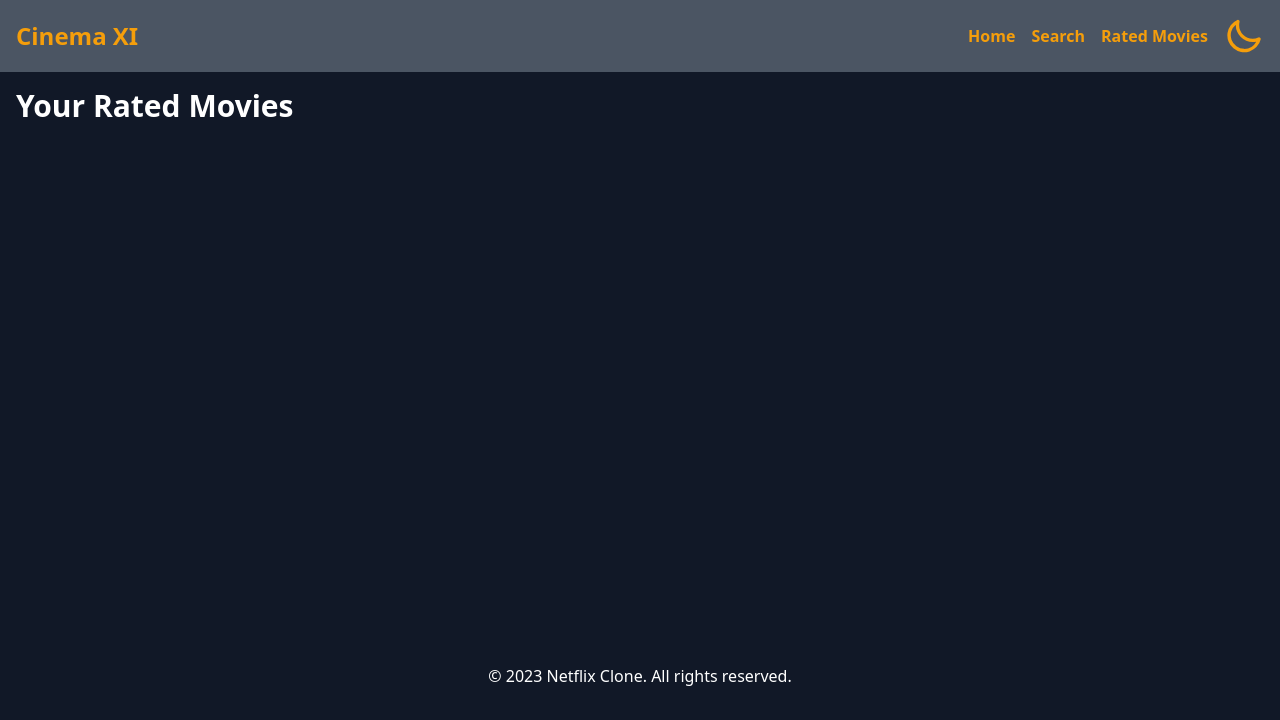
Repository: dausandhika/muvi-app
Page: /rated
These files come from the project's save history. The page is drawn as it stood at one moment and after the next save; the edit follows.
The browser window is 1280 px wide. The pictures show the whole page.
The page's requests for data from a server got no answer. The project was rebuilt for these pictures with package versions that can differ from the ones it lists, and the page was loaded fresh each time. No one was signed in, and anything a server would have sent is missing. Also part of the build but not shown: vite.config.js, src/store/action/movieAction.js, src/pages/home/HomeView.jsx, src/pages/home/Home.jsx, src/pages/detail/DetailView.jsx, src/pages/detail/Detail.jsx, src/pages/search/SearchView.jsx, src/pages/search/Search.jsx.

Above is the page before, as saved 2024-10-25 22:18:44.

### src/App.jsx
import React from 'react';
import { BrowserRouter as Router, Route, Routes } from 'react-router-dom';
import { Provider } from 'react-redux';
import store from './store/store';
import Navbar from './components/Navbar';
import Footer from './components/Footer';
import Home from './pages/home/Home';
import Detail from './pages/detail/Detail';
import RatedMovies from './pages/rating/RatedMovies';
import Search from './pages/search/Search';
import { ThemeProvider } from './components/context/ThemeContext';

function App() {
  return (
    <Provider store={store}>
      <ThemeProvider>
        <Router>
          <div className="flex flex-col min-h-screen">
            <Navbar />
            <main className="flex-grow">
              <Routes>
                <Route path="/" element={<Home />} />
                <Route path="/movie/:id" element={<Detail />} />
                <Route path="/rated" element={<RatedMovies />} />
                <Route path="/search" element={<Search />} />
              </Routes>
            </main>
            <Footer />
          </div>
        </Router>
      </ThemeProvider>
    </Provider>
  );
}

export default App;

### src/index.css
@import 'tailwindcss/base';
@import 'tailwindcss/components';
@import 'tailwindcss/utilities';

body {
  @apply bg-gray-900 text-white;
}

### src/store/store.js
import { configureStore } from '@reduxjs/toolkit';
import movieReducer from './reducer/movieReducer';
import detailReducer from './reducer/detailReducer';
import themeReducer from './reducer/themeReducer';

const store = configureStore({
  reducer: {
    movies: movieReducer,
    details: detailReducer,
    theme: themeReducer,
  },
});

export default store;

### src/components/Navbar.jsx
import React from 'react';
import { Link } from 'react-router-dom';
import { useSelector, useDispatch } from 'react-redux';
import { toggleTheme } from '../store/action/themeAction';

const Navbar = () => {
  const dispatch = useDispatch();
  const darkMode = useSelector(state => state.theme.darkMode);

  const handleThemeToggle = () => {
    dispatch(toggleTheme());
  };

  return (
    <nav className={`container mx-auto p-4 w-full  ${darkMode ? 'bg-gray-600 text-white' : 'bg-slate-200 text-gray-900'}`}>
      <div className="container mx-auto flex justify-between items-center">
        <Link to="/" className="text-amber-500 text-2xl font-bold ">Cinema XI</Link>
        <div className="flex items-center">
          <Link to="/" className="text-amber-500 mr-4 font-bold">Home</Link>
          <Link to="/search" className="text-amber-500 mr-4 font-bold">Search</Link>
          <Link to="/rated" className="text-amber-500 mr-4 font-bold">Rated Movies</Link>

          {/* Theme Toggle Button */}
          <label className="swap swap-rotate">
            <input
              type="checkbox"
              checked={darkMode}
              onChange={handleThemeToggle}
              className="theme-controller"
            />
            {/* Sun icon (Light Mode) */}
            <svg
              className="swap-off h-10 w-10 fill-current text-amber-500"
              xmlns="http://www.w3.org/2000/svg"
              viewBox="0 0 24 24"
            >
              <path d="M5.64,17l-.71.71a1,1,0,0,0,0,1.41,1,1,0,0,0,1.41,0l.71-.71A1,1,0,0,0,5.64,17ZM5,12a1,1,0,0,0-1-1H3a1,1,0,0,0,0,2H4A1,1,0,0,0,5,12Zm7-7a1,1,0,0,0,1-1V3a1,1,0,0,0-2,0V4A1,1,0,0,0,12,5ZM5.64,7.05a1,1,0,0,0,.7.29,1,1,0,0,0,.71-.29,1,1,0,0,0,0-1.41l-.71-.71A1,1,0,0,0,4.93,6.34Zm12,.29a1,1,0,0,0,.7-.29l.71-.71a1,1,0,1,0-1.41-1.41L17,5.64a1,1,0,0,0,0,1.41A1,1,0,0,0,17.66,7.34ZM21,11H20a1,1,0,0,0,0,2h1a1,1,0,0,0,0-2Zm-9,8a1,1,0,0,0-1,1v1a1,1,0,0,0,2,0V20A1,1,0,0,0,12,19ZM18.36,17A1,1,0,0,0,17,18.36l.71.71a1,1,0,0,0,1.41,0,1,1,0,0,0,0-1.41ZM12,6.5A5.5,5.5,0,1,0,17.5,12,5.51,5.51,0,0,0,12,6.5Zm0,9A3.5,3.5,0,1,1,15.5,12,3.5,3.5,0,0,1,12,15.5Z" />
            </svg>
            {/* Moon icon (Dark Mode) */}
            <svg
              className="swap-on h-10 w-10 fill-current text-amber-500"
              xmlns="http://www.w3.org/2000/svg"
              viewBox="0 0 24 24"
            >
              <path d="M21.64,13a1,1,0,0,0-1.05-.14,8.05,8.05,0,0,1-3.37.73A8.15,8.15,0,0,1,9.08,5.49a8.59,8.59,0,0,1,.25-2A1,1,0,0,0,8,2.36,10.14,10.14,0,1,0,22,14.05,1,1,0,0,0,21.64,13Zm-9.5,6.69A8.14,8.14,0,0,1,7.08,5.22v.27A10.15,10.15,0,0,0,17.22,15.63a9.79,9.79,0,0,0,2.1-.22A8.11,8.11,0,0,1,12.14,19.73Z" />
            </svg>
          </label>
        </div>
      </div>
    </nav>
  );
};

export default Navbar;

### src/components/Footer.jsx
import React from 'react';

const Footer = () => {
  return (
    <footer className={`pt-4 mb-8 `}>
      <div className="container mx-auto text-center">
        <p>&copy; 2023 Netflix Clone. All rights reserved.</p>
      </div>
    </footer>
  );
};

export default Footer;

### src/pages/rating/RatedMovies.jsx
import { useDispatch, useSelector } from 'react-redux';
import RatedMoviesView from './RatedMoviesView';
import { useCallback, useEffect } from 'react';
import { setRating, deleteRatedMovie } from '../../store/action/detailAction';
import axios from 'axios';

const RatedMovies = () => {
  const ratedMovies = useSelector(state => state.details.rated);
  const dispatch = useDispatch();

  const fetchMovieDetails = useCallback(async () => {
    try {
      const response = await axios.get(`https://api.themoviedb.org/3/account/21559438/rated/movies?language=en-US&page=1&sort_by=created_at.asc`,
      {
        headers: {
          accept: 'application/json',
          Authorization: 'Bearer eyJhbGciOiJIUzI1NiJ9.eyJhdWQiOiIyODk0OWFiZTZkZDUzYmQ0NDMzNWEwNGJhZGZiMDkyOCIsIm5iZiI6MTcyOTgzNjc2MC4zMDA0NTIsInN1YiI6IjY3MDQ5N2U4NTQ1NGI4NjIzMzY5YmI3MSIsInNjb3BlcyI6WyJhcGlfcmVhZCJdLCJ2ZXJzaW9uIjoxfQ.iFHDLHKrsqxQZJIhhgo1d3INsJVf0Wv9Y3LK6UFyRek'
        }
      });
      dispatch(setRating(response.data.results));
    } catch (error) {
      console.error('Error fetching movie details:', error);
    }
  }, [dispatch]);

  const handleDelete = (movieId) => {
    dispatch(deleteRatedMovie(movieId));
  };

  useEffect(() => {
    fetchMovieDetails();
  }, [fetchMovieDetails]);

  return <RatedMoviesView movies={ratedMovies} onDelete={handleDelete} />;
};

export default RatedMovies;

### src/components/context/ThemeContext.jsx
import React, { createContext, useContext } from 'react';
import { useSelector } from 'react-redux';

const ThemeContext = createContext();

export const useTheme = () => useContext(ThemeContext);

export const ThemeProvider = ({ children }) => {
  const darkMode = useSelector(state => state.theme.darkMode);

  return (
    <ThemeContext.Provider value={{ darkMode }}>
      {children}
    </ThemeContext.Provider>
  );
};

### src/store/reducer/movieReducer.js
const initialState = {
  list: [],
  rated: [],
  trending: [],
  popular: [],
  topRated: [],
  searchResults: [],
};

const movieReducer = (state = initialState, action) => {
  switch (action.type) {
    case 'SET_MOVIES':
      return { ...state, list: action.payload };
    case 'SET_TRENDING':
      return { ...state, trending: action.payload };
    case 'SET_POPULAR':
      return { ...state, popular: action.payload };
    case 'SET_TOP_RATED':
      return { ...state, topRated: action.payload };
    case 'SET_SEARCH_RESULTS':
      return { ...state, searchResults: action.payload };
    case 'ADD_RATED_MOVIE':
      const existingMovieIndex = state.rated.findIndex(movie => movie.id === action.payload.id);
      if (existingMovieIndex !== -1) {
        const updatedRated = [...state.rated];
        updatedRated[existingMovieIndex] = action.payload;
        return { ...state, rated: updatedRated };
      } else {
        return { ...state, rated: [...state.rated, action.payload] };
      }
    default:
      return state;
  }
};

export default movieReducer;

### src/store/reducer/detailReducer.js
const initialState = {
  movie: null,
  rated: []
};

const detailReducer = (state = initialState, action) => {
  switch (action.type) {
    case 'SET_MOVIE_DETAILS':
      return { ...state, movie: action.payload };
    case 'SET_RATING':
      return { ...state, rated: action.payload  };
    case 'DELETE_RATED_MOVIE':
      return {
        ...state,
        rated: state.rated.filter(movie => movie.id !== action.payload),
      };
    default:
      return state;
  }
};

export default detailReducer;

### src/store/reducer/themeReducer.js
const initialState = {
    darkMode: true,
  };

  const themeReducer = (state = initialState, action) => {
    switch (action.type) {
      case 'TOGGLE_THEME':
        return { ...state, darkMode: !state.darkMode };
      default:
        return state;
    }
  };

  export default themeReducer;

### src/store/action/themeAction.js
export const toggleTheme = () => ({
    type: 'TOGGLE_THEME',
  });

### src/store/action/detailAction.js
export const setMovieDetails = (movie) => ({
  type: 'SET_MOVIE_DETAILS',
  payload: movie,
});

export const setRating = (rating) => ({
  type: 'SET_RATING',
  payload: rating,
});

export const addRatedMovie = (movie) => ({
  type: 'ADD_RATED_MOVIE',
  payload: movie,
});

export const deleteRatedMovie = (movieId) => ({
  type: 'DELETE_RATED_MOVIE',
  payload: movieId,
});

### src/pages/rating/RatedMoviesView.jsx
import React from 'react';
import { Link } from 'react-router-dom';
import { useTheme } from '../../components/context/ThemeContext';

const RatedMoviesView = ({ movies, onDelete }) => {
  const { darkMode } = useTheme();

  return (
    <div className={`container mx-auto p-4 ${darkMode ? 'bg-gray-900 text-white' : 'bg-white text-gray-900'}`}>
      <h1 className="text-3xl font-bold mb-8">Your Rated Movies</h1>
      <div className="space-y-4">
        {movies?.map(movie => (
          <div key={movie.id} className="flex items-center bg-gray-800 rounded overflow-hidden shadow-lg">
            <Link to={`/movie/${movie.id}`} className="block w-1/4">
              <img
                src={`https://image.tmdb.org/t/p/w500${movie.poster_path}`}
                alt={movie.title}
                className="w-full h-full object-cover rounded-l-lg"
              />
            </Link>
            <div className="p-4 flex-1">
              <h2 className="font-bold text-xl mb-2">{movie.title}</h2>
              <p className="text-gray-400">Your rating: {movie.rating}/5</p>
            </div>
            <button
              onClick={() => onDelete(movie.id)}
              className="px-4 py-2 bg-red-600 text-white rounded-r-lg hover:bg-red-700 transition-colors"
            >
              Delete
            </button>
          </div>
        ))}
      </div>
    </div>
  );
};

export default RatedMoviesView;

### tailwind.config.js
/** @type {import('tailwindcss').Config} */
module.exports = {
    content: [
      "./src/**/*.{js,jsx,ts,tsx}",
    ],
    theme: {
      extend: {},
    },
    plugins: [
      require('daisyui'),
    ],
  }

Loaded but not shown: index.html (common file); src/main.jsx (common file)

After the next save:
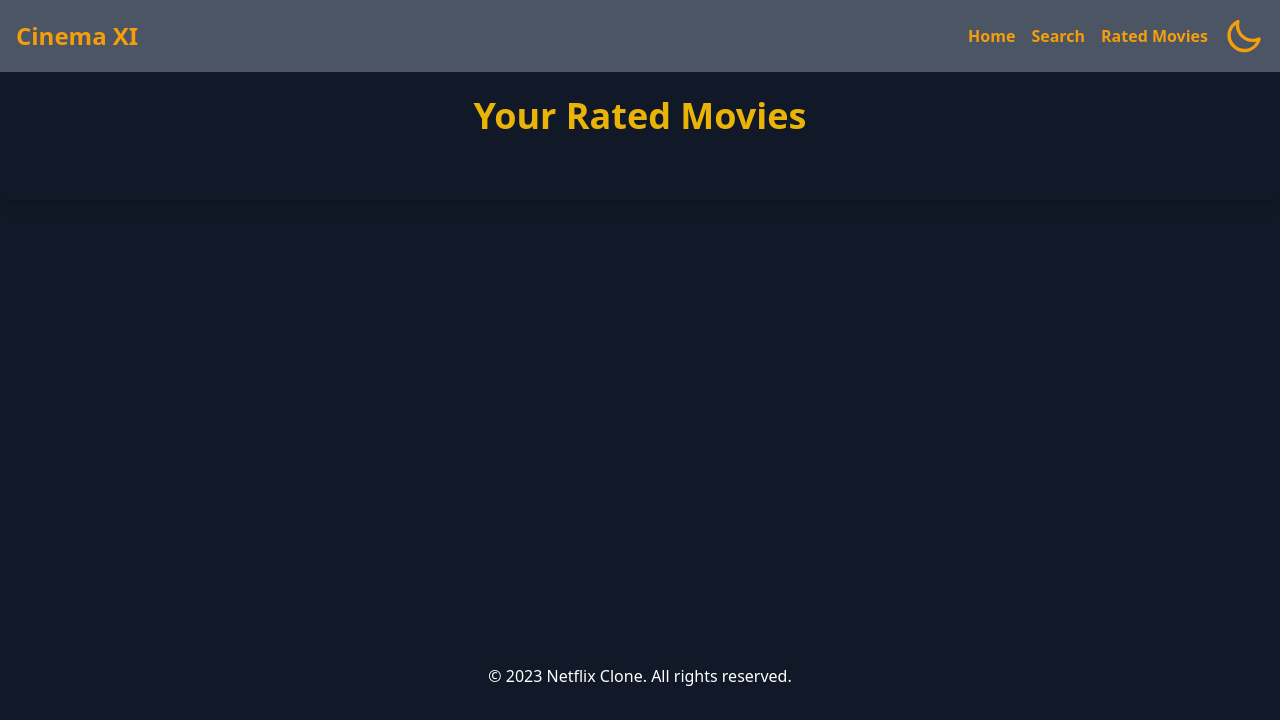
Saved 32 s later.
--- a/src/pages/rating/RatedMoviesView.jsx
+++ b/src/pages/rating/RatedMoviesView.jsx
@@ -6,28 +6,36 @@ const RatedMoviesView = ({ movies, onDelete }) => {
   const { darkMode } = useTheme();
 
   return (
-    <div className={`container mx-auto p-4 ${darkMode ? 'bg-gray-900 text-white' : 'bg-white text-gray-900'}`}>
-      <h1 className="text-3xl font-bold mb-8">Your Rated Movies</h1>
-      <div className="space-y-4">
+    <div className={`container mx-auto p-6 ${darkMode ? 'bg-gray-900 text-white' : 'bg-white text-gray-900'} rounded-lg shadow-lg`}>
+      <h1 className="text-4xl font-extrabold mb-10 text-center text-yellow-500">Your Rated Movies</h1>
+
+      <div className="space-y-8">
         {movies?.map(movie => (
-          <div key={movie.id} className="flex items-center bg-gray-800 rounded overflow-hidden shadow-lg">
-            <Link to={`/movie/${movie.id}`} className="block w-1/4">
+          <div
+            key={movie.id}
+            className={`flex flex-col md:flex-row items-center rounded-lg overflow-hidden shadow-md transition-all duration-300 hover:shadow-2xl
+            ${darkMode ? 'bg-gray-800' : 'bg-gray-100'}`}
+          >
+            <Link to={`/movie/${movie.id}`} className="block w-full md:w-1/5 overflow-hidden rounded-t-lg md:rounded-l-lg md:rounded-t-none">
               <img
                 src={`https://image.tmdb.org/t/p/w500${movie.poster_path}`}
                 alt={movie.title}
-                className="w-full h-full object-cover rounded-l-lg"
+                className="w-full h-48 object-cover transition-transform duration-500 transform hover:scale-105"
               />
             </Link>
-            <div className="p-4 flex-1">
-              <h2 className="font-bold text-xl mb-2">{movie.title}</h2>
-              <p className="text-gray-400">Your rating: {movie.rating}/5</p>
+
+            <div className="p-6 flex-1 text-center md:text-left">
+              <h2 className="text-2xl font-semibold mb-2 text-yellow-400">{movie.title}</h2>
+              <p className="text-gray-300 mb-4 line-clamp-3">{movie.overview}</p>
+              <p className="text-gray-400"><strong>Your Rating:</strong> {movie.rating}/5</p>
+
+              <button
+                onClick={() => onDelete(movie.id)}
+                className="mt-4 px-6 py-2 bg-red-600 text-white rounded-lg shadow-sm hover:bg-red-700 transition-colors duration-300"
+              >
+                Delete
+              </button>
             </div>
-            <button
-              onClick={() => onDelete(movie.id)}
-              className="px-4 py-2 bg-red-600 text-white rounded-r-lg hover:bg-red-700 transition-colors"
-            >
-              Delete
-            </button>
           </div>
         ))}
       </div>
